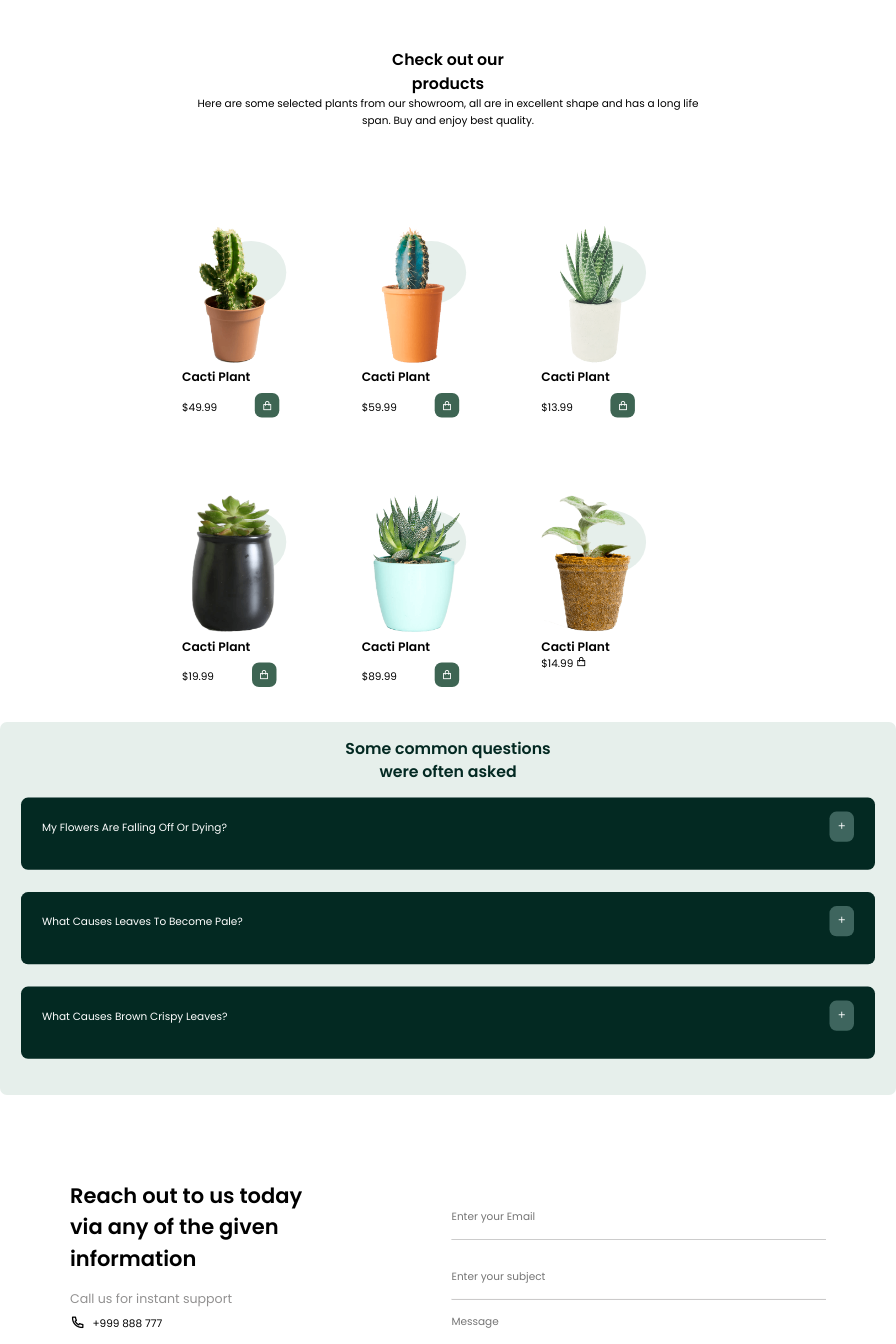
Repository: OmniaRafat232111121/plantwebsite
Page: index.html
The author's editor kept a copy of each file at every save. The page is drawn from the files as they stood at one save, then again after a run of saves.
The browser window is 1280 px wide. The pictures show the part of the page from y = 1858 to 3778 px (the page is 4331 px tall), at 70% of full size.

Above is the page before, as saved 2023-01-07 03:24:55.

After the next 4 saves:
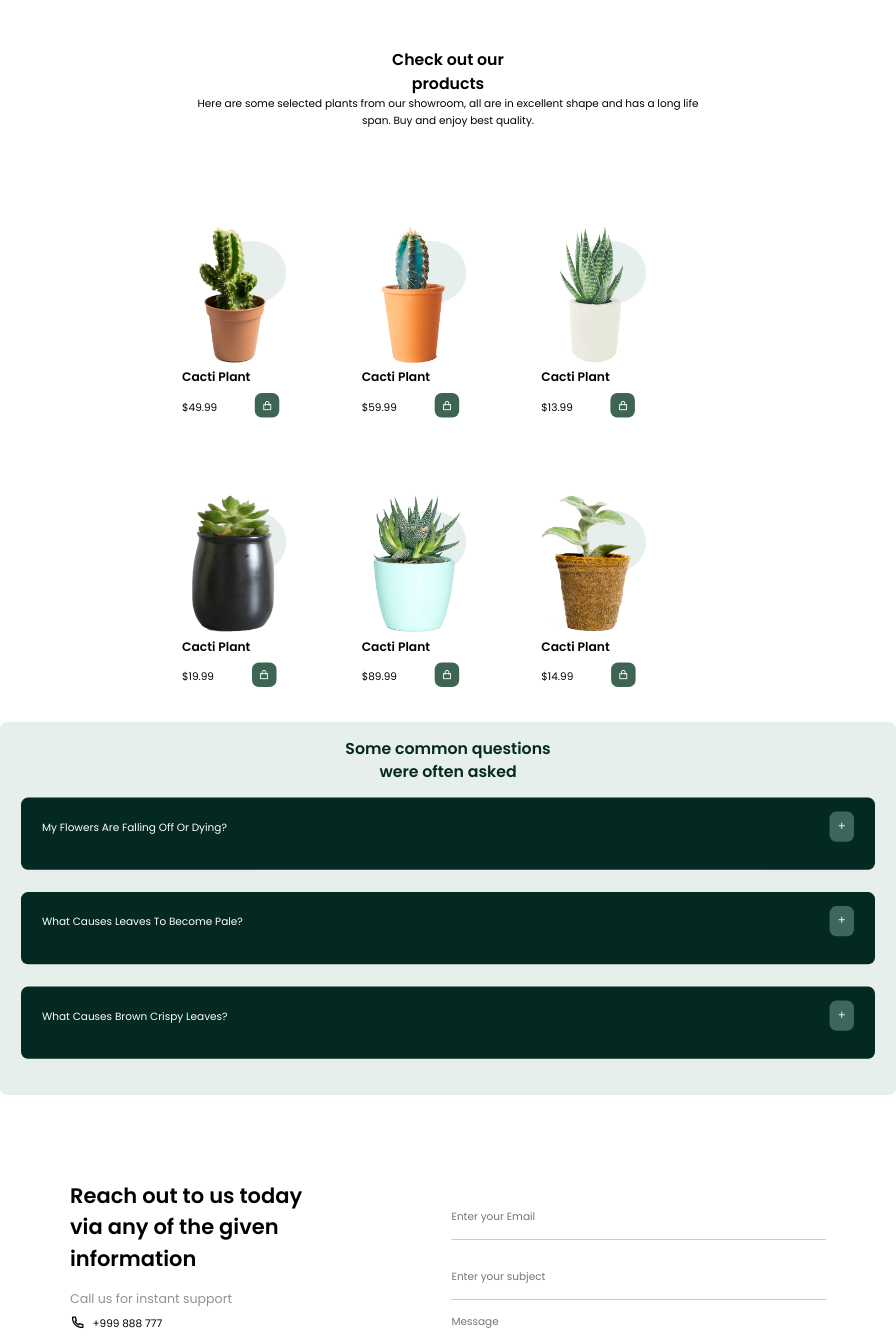
The 4 saves are shown as one change because they came seconds apart.
The last was saved 118 s later.
--- a/index.html
+++ b/index.html
@@ -277,11 +277,13 @@
                 <img src="./assets/img/product6.png" alt="" id="image"/>
                  <h3 class="product__name">Cacti Plant</h3>
 
-
-                    <span class="product__price">$14.99</span>
+                 <div>
+ <span class="product__price">$14.99</span>
 
                            <i class="add-cart ri-shopping-bag-line"></i>
 
+
+                 </div>
 
 
 
